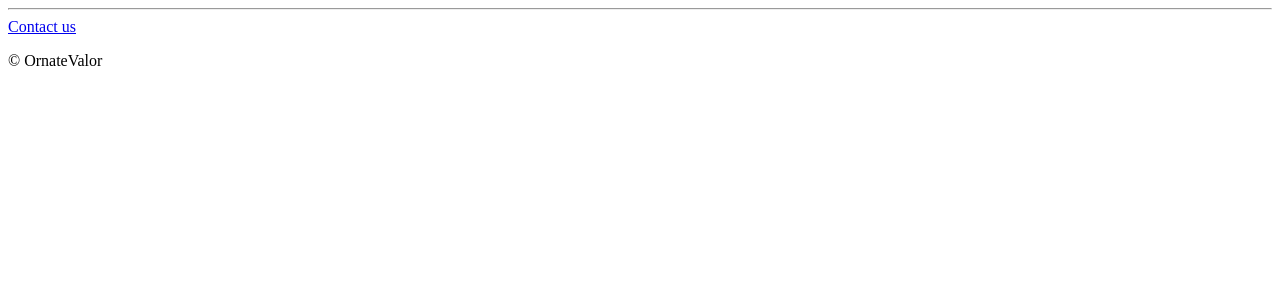
Repository: OrdnateValor/DegaTotal
Page: http://localhost/mini/include/footer.jsp
The author's editor kept a copy of each file at every save. The page is drawn from the files as they stood at one save, then again after the next save.
The browser window is 1280 px wide. The pictures show the whole page.
The page is served by Tomcat 9. Other server files are loaded and not shown.

Above is the page before, as saved 2021-09-20 12:12:54.

### mini/src/main/webapp/include/footer.jsp
<footer class='navbar navbar-dark bg-secondary'>
	<div class="container">
		<hr>
		<a class="navbar-brand" href="https://www.bungie.net/7/ko/User/Profile/254/19164972/OrnateValor">Contact us</a>
		<p>&copy; OrnateValor</p>
	</div>
</footer>

After the next save:
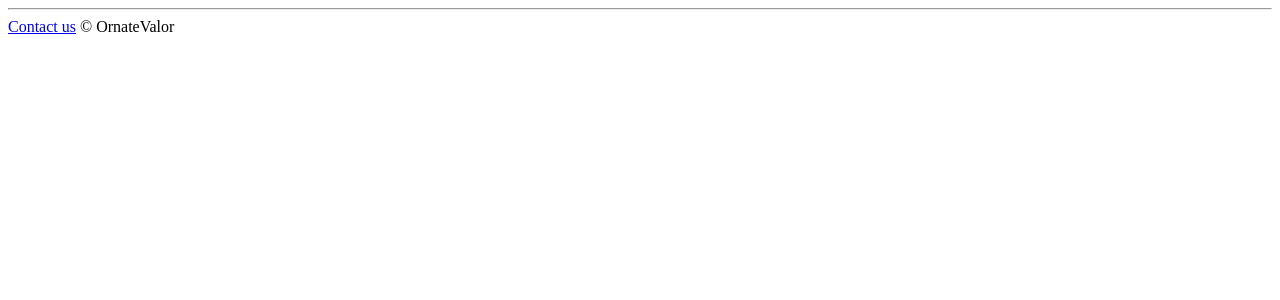
Saved 12 s later.
--- a/mini/src/main/webapp/include/footer.jsp
+++ b/mini/src/main/webapp/include/footer.jsp
@@ -2,6 +2,6 @@
 	<div class="container">
 		<hr>
 		<a class="navbar-brand" href="https://www.bungie.net/7/ko/User/Profile/254/19164972/OrnateValor">Contact us</a>
-		<p>&copy; OrnateValor</p>
+		&copy; OrnateValor
 	</div>
 </footer>
